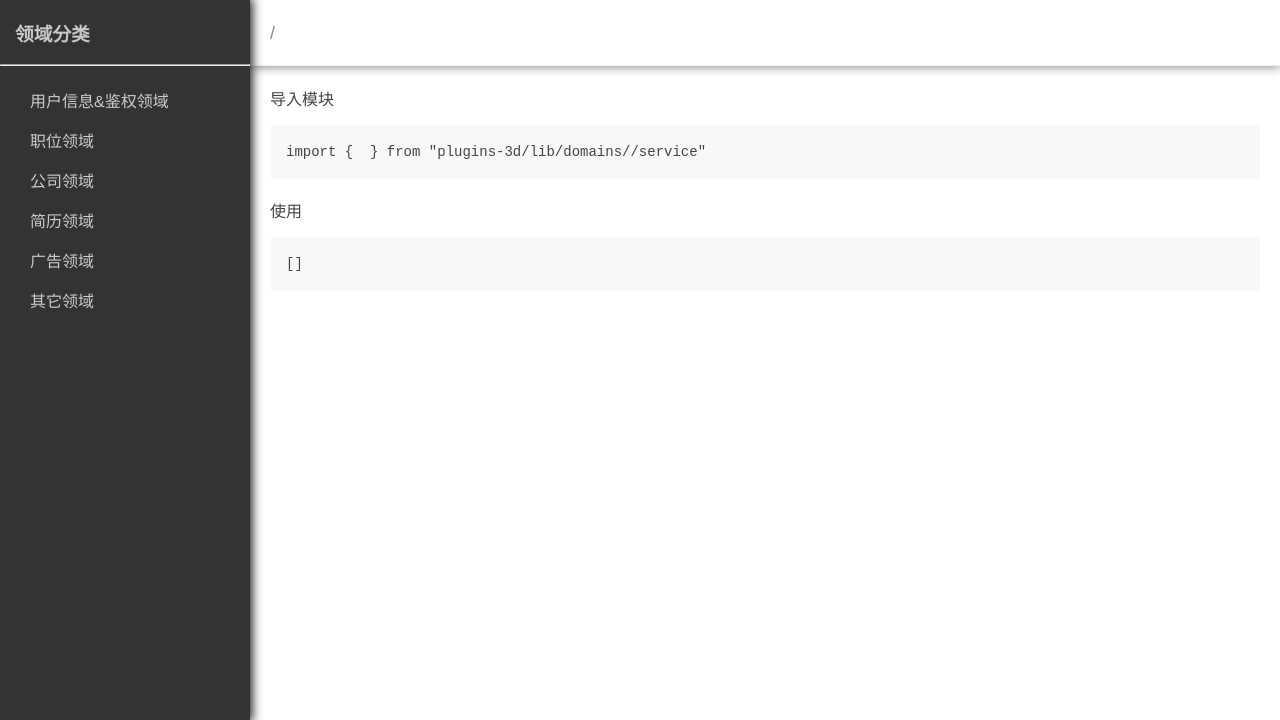
Repository: lsliangshan/inig-3d-doc
Page: /detail
An editor plug-in stored every save of this project. The page is shown before and after the next save, followed by the edit.
The browser window is 1280 px wide. The pictures show the whole page.
An inner scrolling area shows only its first screen. The project was rebuilt for these pictures with package versions that can differ from the ones it lists, and the page was loaded fresh each time. Also part of the build but not shown: vue.config.js, src/components/HelloWorld.vue, src/views/Home.vue, src/components/User.vue, src/components/Position.vue, src/components/Company.vue, src/components/Resume.vue, src/components/Ads.vue and 1 more. Imported but missing from the stored project, and not drawn on this page: ../plugins-3d/lib/domains/job/service, ../plugins-3d/lib/domains/user/service.

Above is the page before, as saved 2019-08-08 21:08:01.

After the next save:
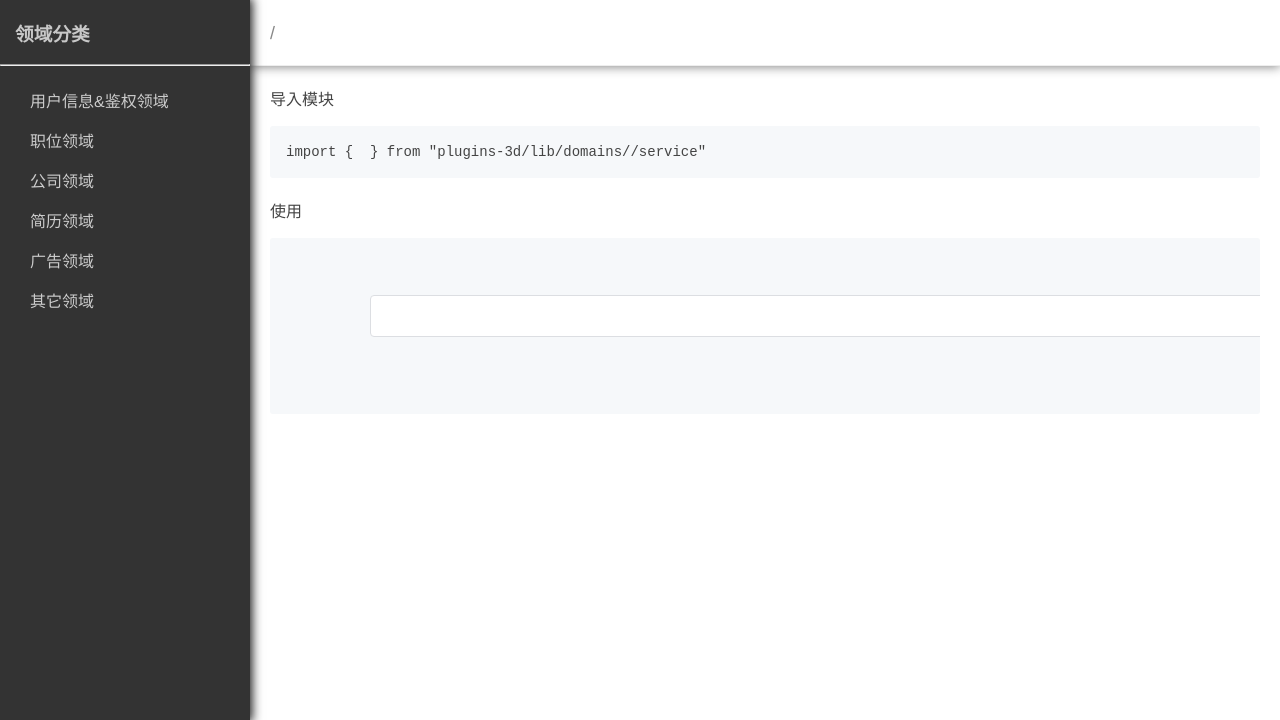
Saved 2 min 26 s later.
--- a/src/components/parts/DetailContent.vue
+++ b/src/components/parts/DetailContent.vue
@@ -12,7 +12,11 @@
     <div class="highlight">
       <p>使用</p>
       <div class="highlight_code">
-        <pre>{{JSON.stringify(params, null, 2)}}</pre>
+        <pre>
+          <form action="">
+            <input type="text" class="custom_input">
+          </form>
+        </pre>
       </div>
     </div>
     <div class="detail_content"
@@ -74,6 +78,24 @@
   .highlight_code:hover svg {
     opacity: 1;
   }
+
+  .custom_input {
+    display: inline-block;
+    width: 100%;
+    height: 32px;
+    line-height: 1.5;
+    padding: 4px 7px;
+    font-size: 12px;
+    border: 1px solid #dcdee2;
+    border-radius: 4px;
+    color: #515a6e;
+    background-color: #fff;
+    background-image: none;
+    position: relative;
+    cursor: text;
+    transition: border 0.2s ease-in-out, background 0.2s ease-in-out,
+      box-shadow 0.2s ease-in-out;
+  }
 </style>
 
 <script>
